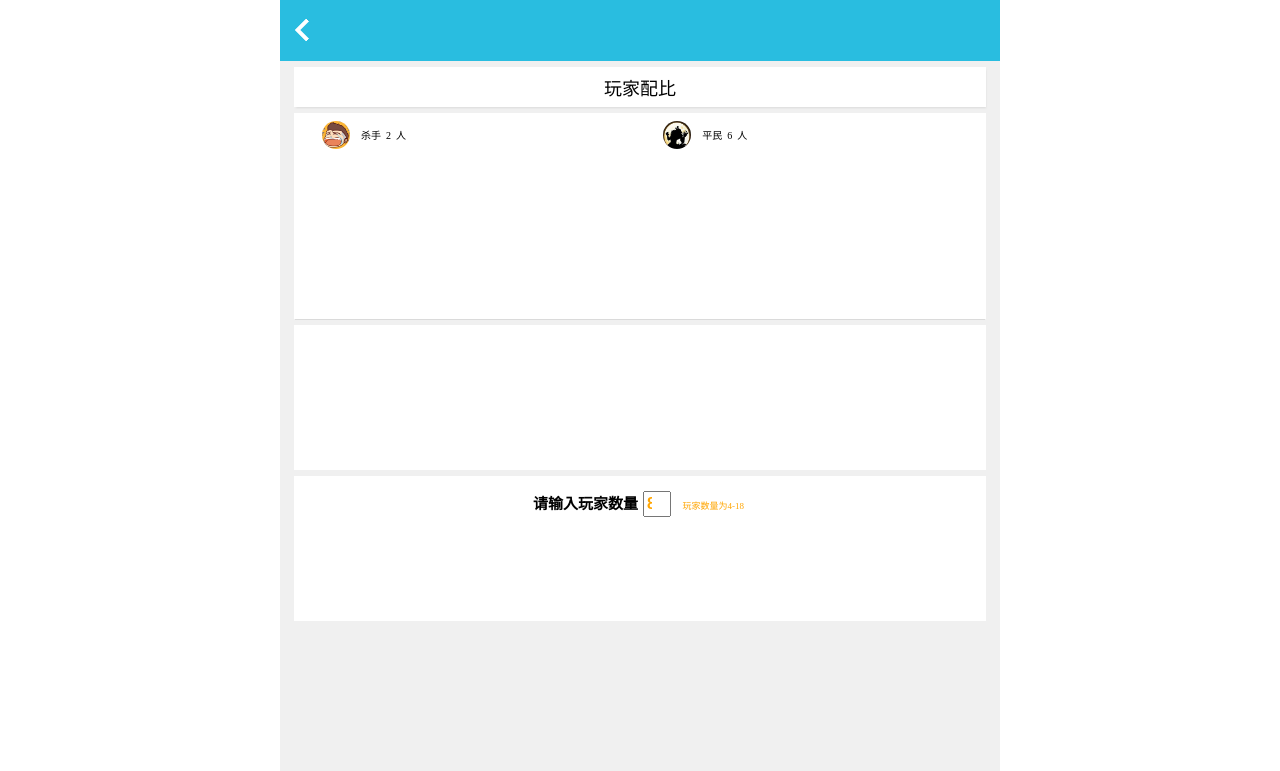
Repository: leozhangpd/My-Codes
Page: JS/two-project/deploy_page.html
An editor plug-in stored every save of this project. The page is shown before and after the next save, followed by the edit.
The browser window is 1280 px wide. The pictures show the whole page.

Above is the page before, as saved 2020-11-09 17:42:21.

After the next save:
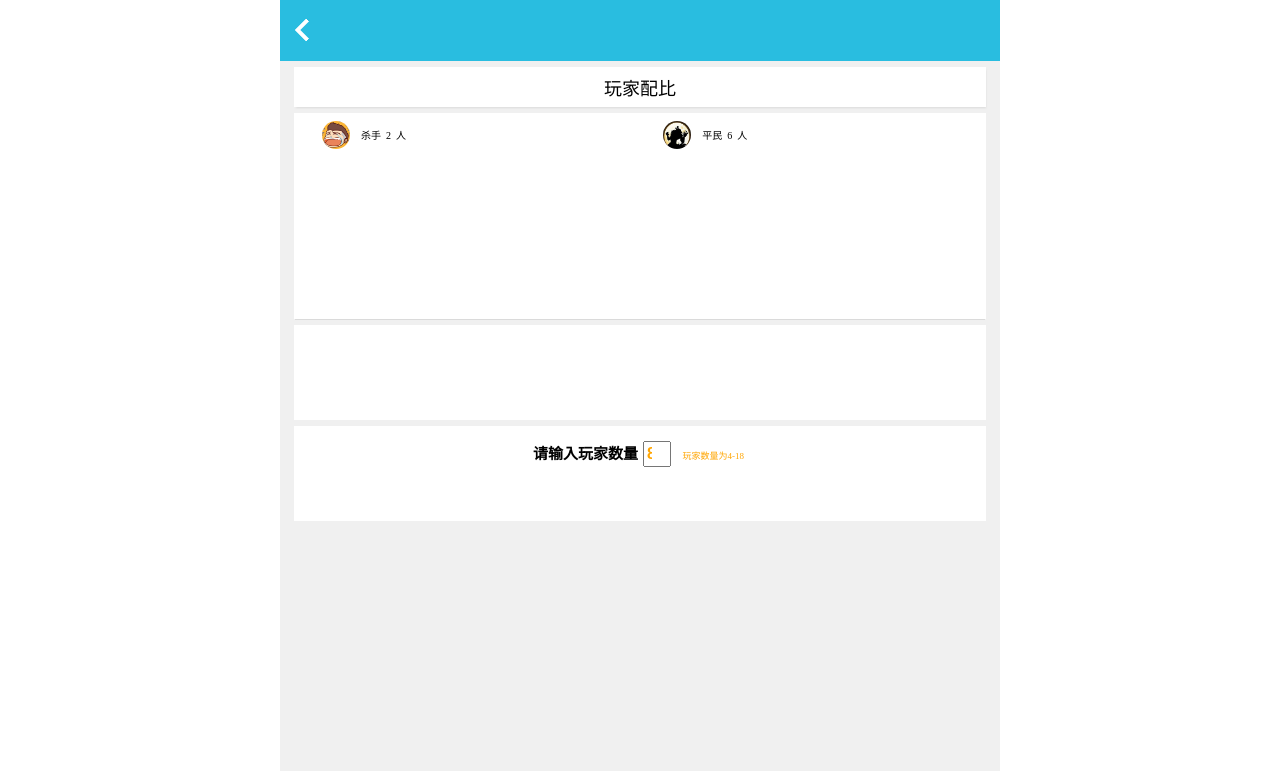
Saved 10 s later.
--- a/JS/two-project/css/deploy_page.css
+++ b/JS/two-project/css/deploy_page.css
@@ -70,7 +70,7 @@ main>*{background-color: #fff;}
 .player-number{
     margin: .6rem 0;
     padding: 1.5rem 3rem;
-    min-height: 11.5rem;
+    min-height: 6.5rem;
     text-align: center;
 }
 .player-number>span:nth-child(1),
